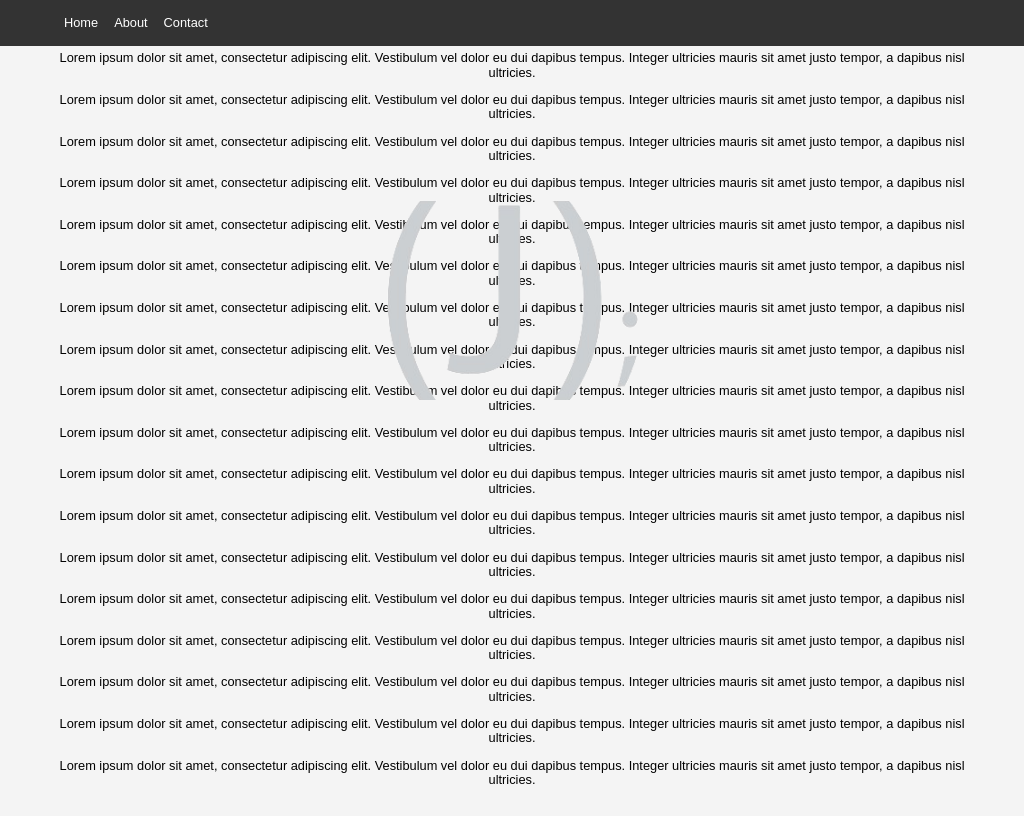
Repository: JoyMoGas/HelujaArc
Page: http://localhost/
These files come from the project's save history. The page is drawn as it stood at one moment and after the next save; the edit follows.
The browser window is 1280 px wide. The pictures show the whole page, at 80% of full size.
The page is served by the project's application, run on Flask 3 (run.py).

Above is the page before, as saved 2024-08-11 15:55:31.

### templates/index.html
<!DOCTYPE html>
<html lang="en">
<head>
    <meta charset="UTF-8">
    <meta name="viewport" content="width=device-width, initial-scale=1.0">
    <title>Document</title>
    <link rel="stylesheet" href="{{ url_for('static', filename='style.css') }}">
</head>
<body>
    <header class="navbar">
        <div class="navbar-content">
            <img id="logo" src="{{ url_for('static', filename='logo.png') }}" alt="Logo">
            <nav>
                <ul>
                    <li><a href="#">Home</a></li>
                    <li><a href="#">About</a></li>
                    <li><a href="#">Contact</a></li>
                </ul>
            </nav>
        </div>
    </header>
    <main>
        <section class="content">
            <h1>Welcome to the website</h1>
            <!-- Content goes here -->
            <p>Lorem ipsum dolor sit amet, consectetur adipiscing elit. Vestibulum vel dolor eu dui dapibus tempus. Integer ultricies mauris sit amet justo tempor, a dapibus nisl ultricies.</p>
            <p>Lorem ipsum dolor sit amet, consectetur adipiscing elit. Vestibulum vel dolor eu dui dapibus tempus. Integer ultricies mauris sit amet justo tempor, a dapibus nisl ultricies.</p>
            <p>Lorem ipsum dolor sit amet, consectetur adipiscing elit. Vestibulum vel dolor eu dui dapibus tempus. Integer ultricies mauris sit amet justo tempor, a dapibus nisl ultricies.</p>
            <p>Lorem ipsum dolor sit amet, consectetur adipiscing elit. Vestibulum vel dolor eu dui dapibus tempus. Integer ultricies mauris sit amet justo tempor, a dapibus nisl ultricies.</p>
            <p>Lorem ipsum dolor sit amet, consectetur adipiscing elit. Vestibulum vel dolor eu dui dapibus tempus. Integer ultricies mauris sit amet justo tempor, a dapibus nisl ultricies.</p>
            <p>Lorem ipsum dolor sit amet, consectetur adipiscing elit. Vestibulum vel dolor eu dui dapibus tempus. Integer ultricies mauris sit amet justo tempor, a dapibus nisl ultricies.</p>
            <p>Lorem ipsum dolor sit amet, consectetur adipiscing elit. Vestibulum vel dolor eu dui dapibus tempus. Integer ultricies mauris sit amet justo tempor, a dapibus nisl ultricies.</p>
            <p>Lorem ipsum dolor sit amet, consectetur adipiscing elit. Vestibulum vel dolor eu dui dapibus tempus. Integer ultricies mauris sit amet justo tempor, a dapibus nisl ultricies.</p>
            <p>Lorem ipsum dolor sit amet, consectetur adipiscing elit. Vestibulum vel dolor eu dui dapibus tempus. Integer ultricies mauris sit amet justo tempor, a dapibus nisl ultricies.</p>
            <p>Lorem ipsum dolor sit amet, consectetur adipiscing elit. Vestibulum vel dolor eu dui dapibus tempus. Integer ultricies mauris sit amet justo tempor, a dapibus nisl ultricies.</p>
            <p>Lorem ipsum dolor sit amet, consectetur adipiscing elit. Vestibulum vel dolor eu dui dapibus tempus. Integer ultricies mauris sit amet justo tempor, a dapibus nisl ultricies.</p>
            <p>Lorem ipsum dolor sit amet, consectetur adipiscing elit. Vestibulum vel dolor eu dui dapibus tempus. Integer ultricies mauris sit amet justo tempor, a dapibus nisl ultricies.</p>
            <p>Lorem ipsum dolor sit amet, consectetur adipiscing elit. Vestibulum vel dolor eu dui dapibus tempus. Integer ultricies mauris sit amet justo tempor, a dapibus nisl ultricies.</p>
            <p>Lorem ipsum dolor sit amet, consectetur adipiscing elit. Vestibulum vel dolor eu dui dapibus tempus. Integer ultricies mauris sit amet justo tempor, a dapibus nisl ultricies.</p>
            <p>Lorem ipsum dolor sit amet, consectetur adipiscing elit. Vestibulum vel dolor eu dui dapibus tempus. Integer ultricies mauris sit amet justo tempor, a dapibus nisl ultricies.</p>
            <p>Lorem ipsum dolor sit amet, consectetur adipiscing elit. Vestibulum vel dolor eu dui dapibus tempus. Integer ultricies mauris sit amet justo tempor, a dapibus nisl ultricies.</p>
            <p>Lorem ipsum dolor sit amet, consectetur adipiscing elit. Vestibulum vel dolor eu dui dapibus tempus. Integer ultricies mauris sit amet justo tempor, a dapibus nisl ultricies.</p>
            <p>Lorem ipsum dolor sit amet, consectetur adipiscing elit. Vestibulum vel dolor eu dui dapibus tempus. Integer ultricies mauris sit amet justo tempor, a dapibus nisl ultricies.</p>
        </section>
    </main>
    <script src="{{ url_for('static', filename='scripts.js') }}"></script>
</body>
</html>

### static/style.css
/* Reset de márgenes y padding */
body, h1, ul, li {
    margin: 0;
    padding: 0;
}

/* Estilo para el cuerpo */
body {
    font-family: Arial, sans-serif;
    padding-top: 100px; /* Ajusta según el tamaño de la navbar */
    margin: 0;
    display: flex;
    justify-content: center;
    align-items: center;
    height: 100vh; /* Ocupa toda la altura visible */
    background: #f4f4f4;
}

/* Estilo para la navbar */
.navbar {
    position: fixed;
    top: 0;
    left: 0;
    width: 100%;
    background-color: #333;
    color: #fff;
    display: flex;
    justify-content: center;
    align-items: center;
    transition: background-color 0.3s;
    z-index: 1000;
}

/* Contenido de la navbar */
.navbar-content {
    display: flex;
    justify-content: space-between;
    align-items: center;
    width: 100%;
    max-width: 1200px;
    padding: 20px;
    box-sizing: border-box;
}

/* Logo en la navbar */
.navbar img {
    height: 60px; /* Ajusta el tamaño del logo en la navbar */
    transition: height 0.3s, transform 0.3s;
}

/* Estilo para los enlaces de la navbar */
.navbar nav ul {
    display: flex;
    list-style-type: none;
    margin: 0;
    padding: 0;
}

.navbar nav ul li {
    margin-left: 20px;
}

.navbar nav ul li a {
    color: #fff;
    text-decoration: none;
}

/* Estilo para el contenido del body */
.content {
    text-align: center; /* Centra el texto y otros elementos dentro del contenedor */
    width: 100%;
    max-width: 1200px; /* Asegura que el contenido no se estire demasiado */
    margin-top: 100px; /* Asegura que el contenido esté por debajo de la navbar */
    padding: 20px; /* Ajusta el padding según sea necesario */
    box-sizing: border-box;
}

/* Logo en el cuerpo */
#logo {
    position: absolute;
    top: 20px;
    left: 50%;
    transform: translateX(-50%);
    height: 100px;
    transition: top 0.3s, left 0.3s, height 0.5s, transform 0.5s;
}

### static/scripts.js
"use strict";
document.addEventListener('DOMContentLoaded', () => {
    window.scrollTo(0, 0);
    const logo = document.getElementById('logo');
    const handleScroll = () => {
        if (window.scrollY > 50) {
            logo.style.position = 'fixed';
            logo.style.top = '0px';
            logo.style.left = '120px';
            logo.style.height = '100px';
            logo.style.transform = 'translateX(0) scale(0.6)';
        }
        else {
            logo.style.position = 'absolute';
            logo.style.top = '250px';
            logo.style.left = '50%';
            logo.style.transform = 'translateX(-50%) scale(1)';
            logo.style.height = '250px';
        }
    };
    window.addEventListener('scroll', handleScroll);
    // Inicializa el estado del logotipo
    handleScroll();
});
window.addEventListener('scroll', () => {
    const navbar = document.querySelector('.navbar');
    if (window.scrollY > 50) {
        navbar.classList.add('scrolled');
    }
    else {
        navbar.classList.remove('scrolled');
    }
});
window.addEventListener('beforeunload', () => {
    window.scrollTo(0, 0);
});

Loaded but not shown: run.py (common file)

After the next save:
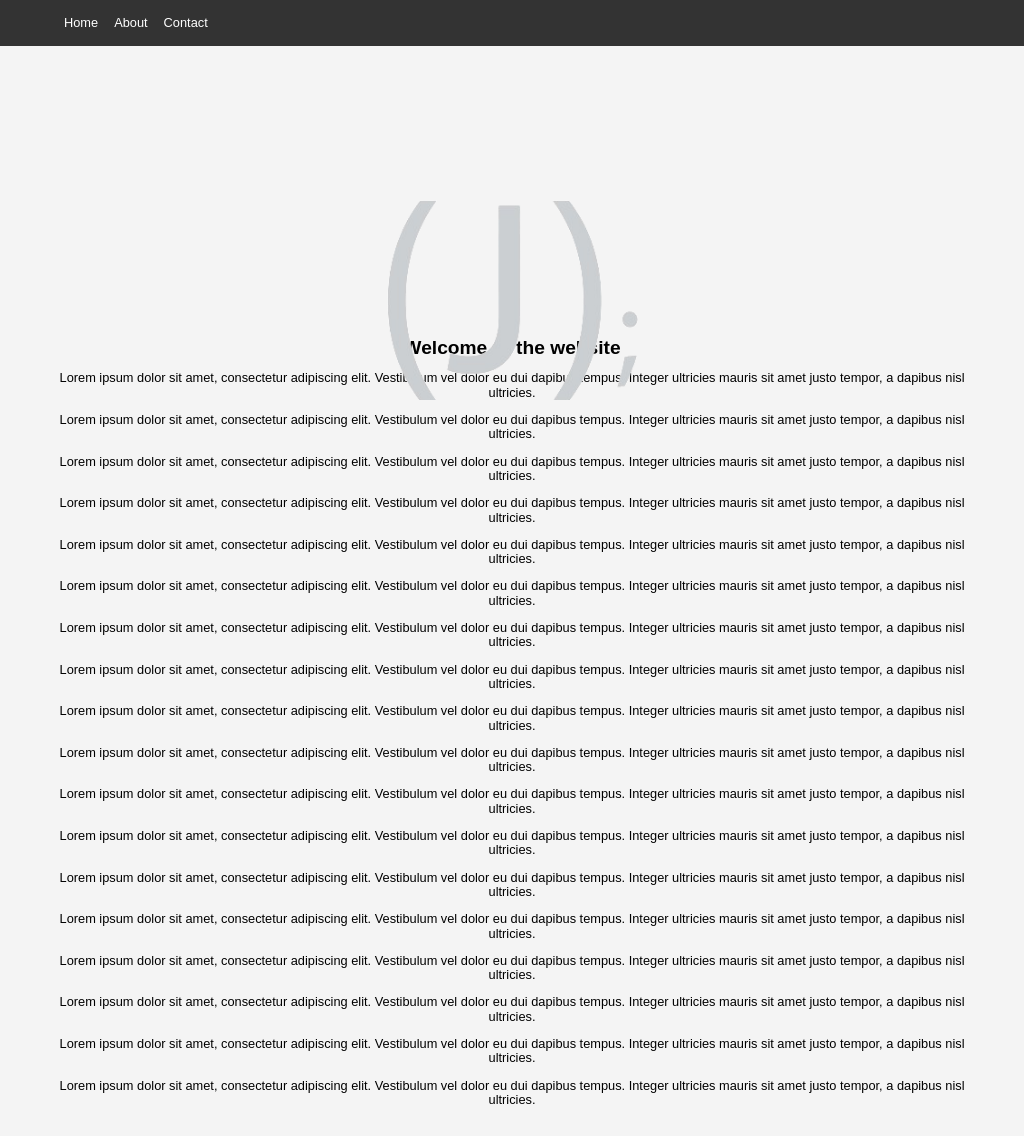
Saved 7 s later.
--- a/static/style.css
+++ b/static/style.css
@@ -7,7 +7,7 @@
 /* Estilo para el cuerpo */
 body {
     font-family: Arial, sans-serif;
-    padding-top: 100px; /* Ajusta según el tamaño de la navbar */
+    padding-top: 500px; /* Ajusta según el tamaño de la navbar */
     margin: 0;
     display: flex;
     justify-content: center;

After the save that followed:
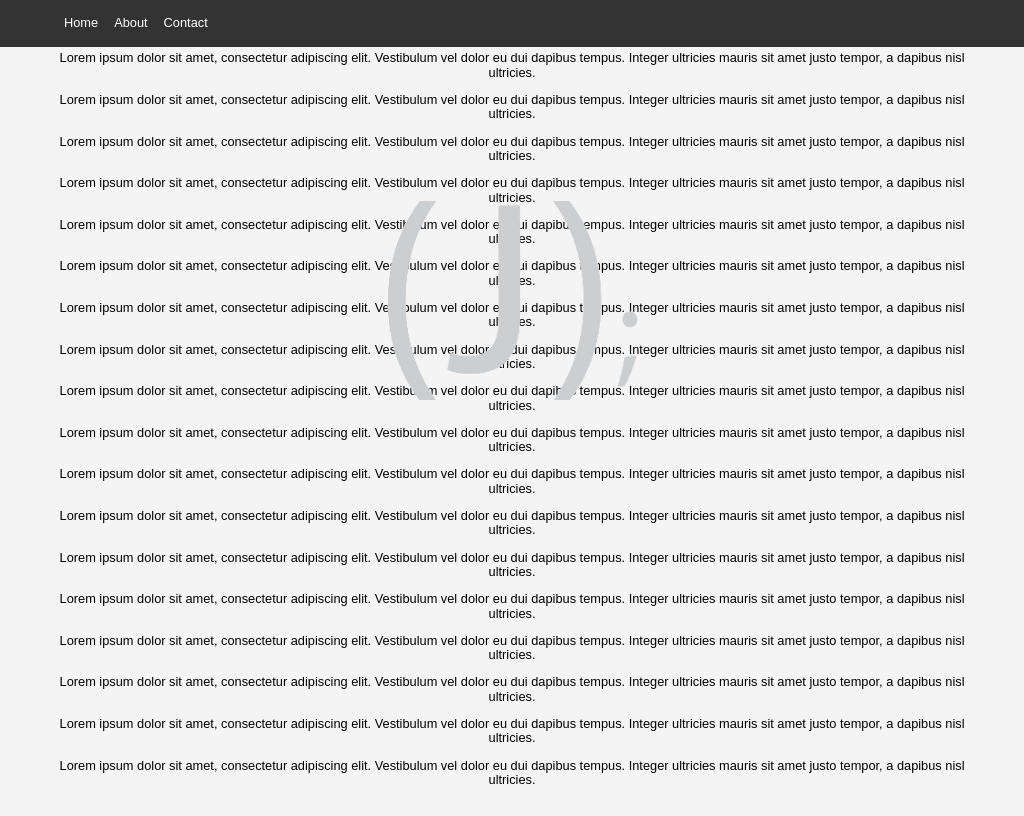
Saved 6 s later.
--- a/static/style.css
+++ b/static/style.css
@@ -7,7 +7,7 @@
 /* Estilo para el cuerpo */
 body {
     font-family: Arial, sans-serif;
-    padding-top: 500px; /* Ajusta según el tamaño de la navbar */
+    padding-top: 100px; /* Ajusta según el tamaño de la navbar */
     margin: 0;
     display: flex;
     justify-content: center;
